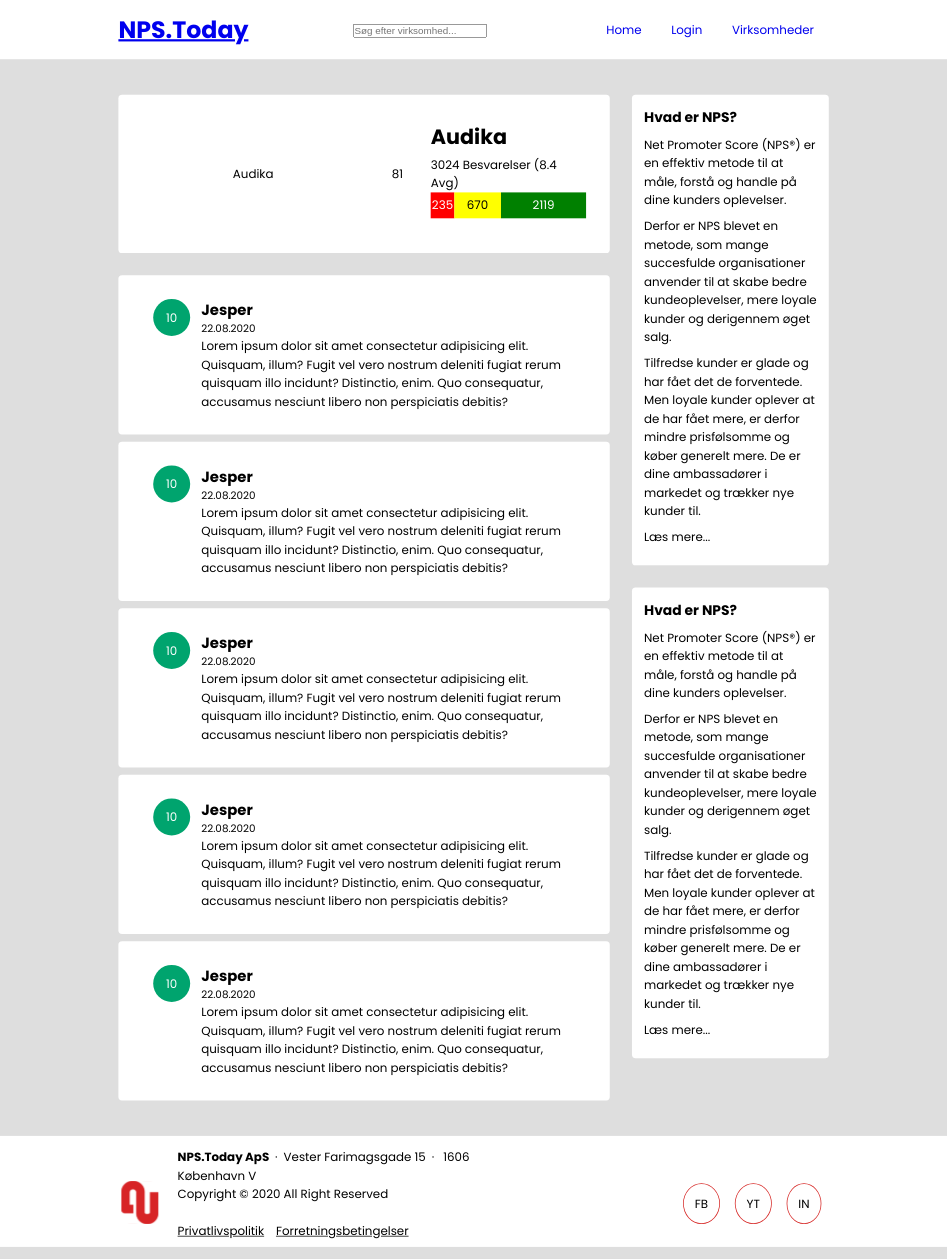
Repository: Shaydx/reviews
Page: /audikaDK
An editor plug-in stored every save of this project. The page is shown before and after the next save, followed by the edit.
The browser window is 1280 px wide. The pictures show the whole page, at 74% of full size.
The project was rebuilt for these pictures with package versions that can differ from the ones it lists, and the page was loaded fresh each time. Also part of the build but not shown: src/components/Search/Search.jsx, src/pages/Home.js, src/pages/Login.js, src/pages/Virksomheder.js.

Above is the page before, as saved 2020-10-16 18:35:33.

After the next save:
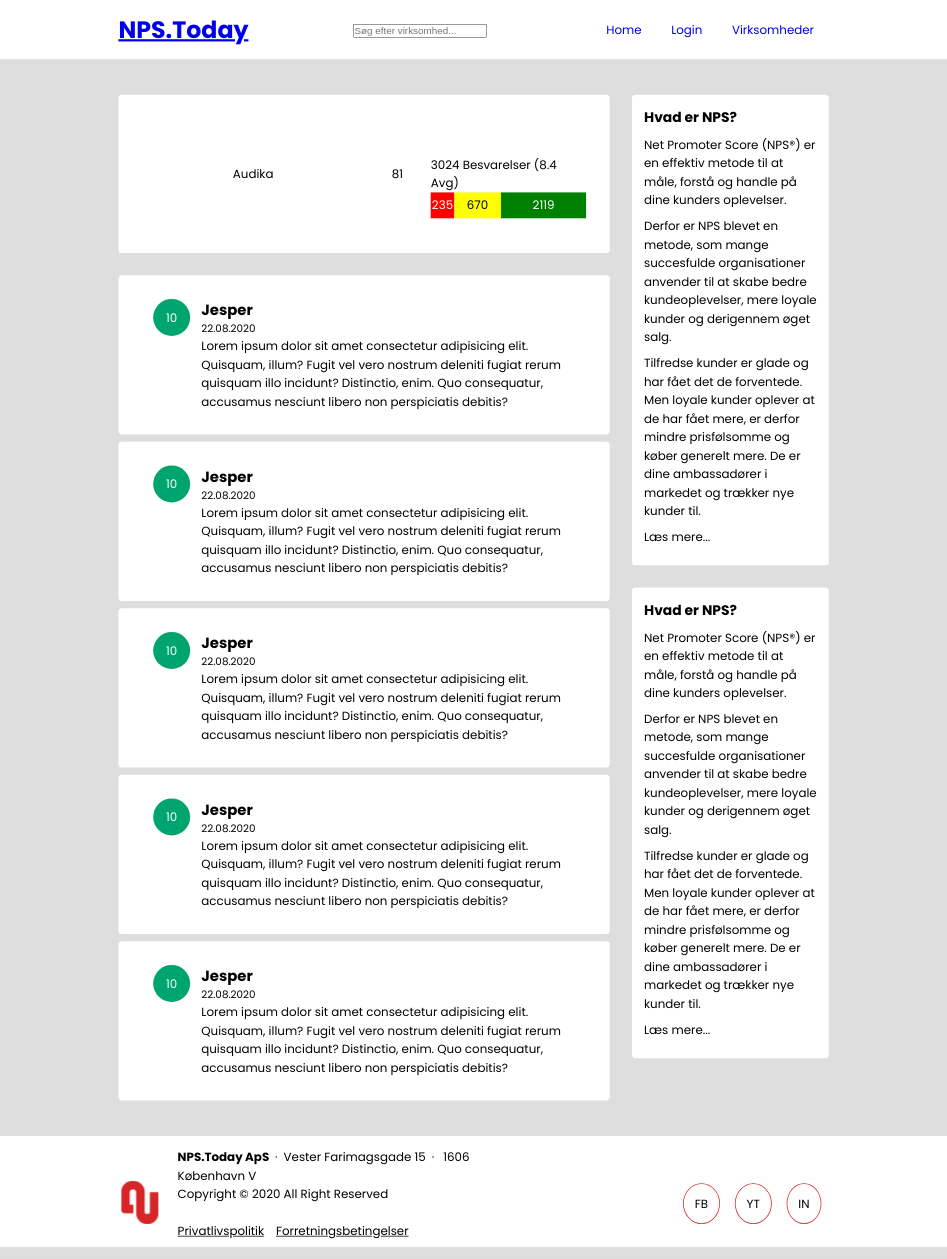
Saved 17 s later.
--- a/src/components/Analytics/Analytics.js
+++ b/src/components/Analytics/Analytics.js
@@ -8,7 +8,7 @@
         <div className="gauge">
           <span>81</span>
         </div>
-        <div className="name">Audika</div>
+        <div className="name">{props.match.params.reviewName}</div>
         <div className="total-respondents">
           3024 Besvarelser
           <span className="avg"> (8.4 Avg)</span>
